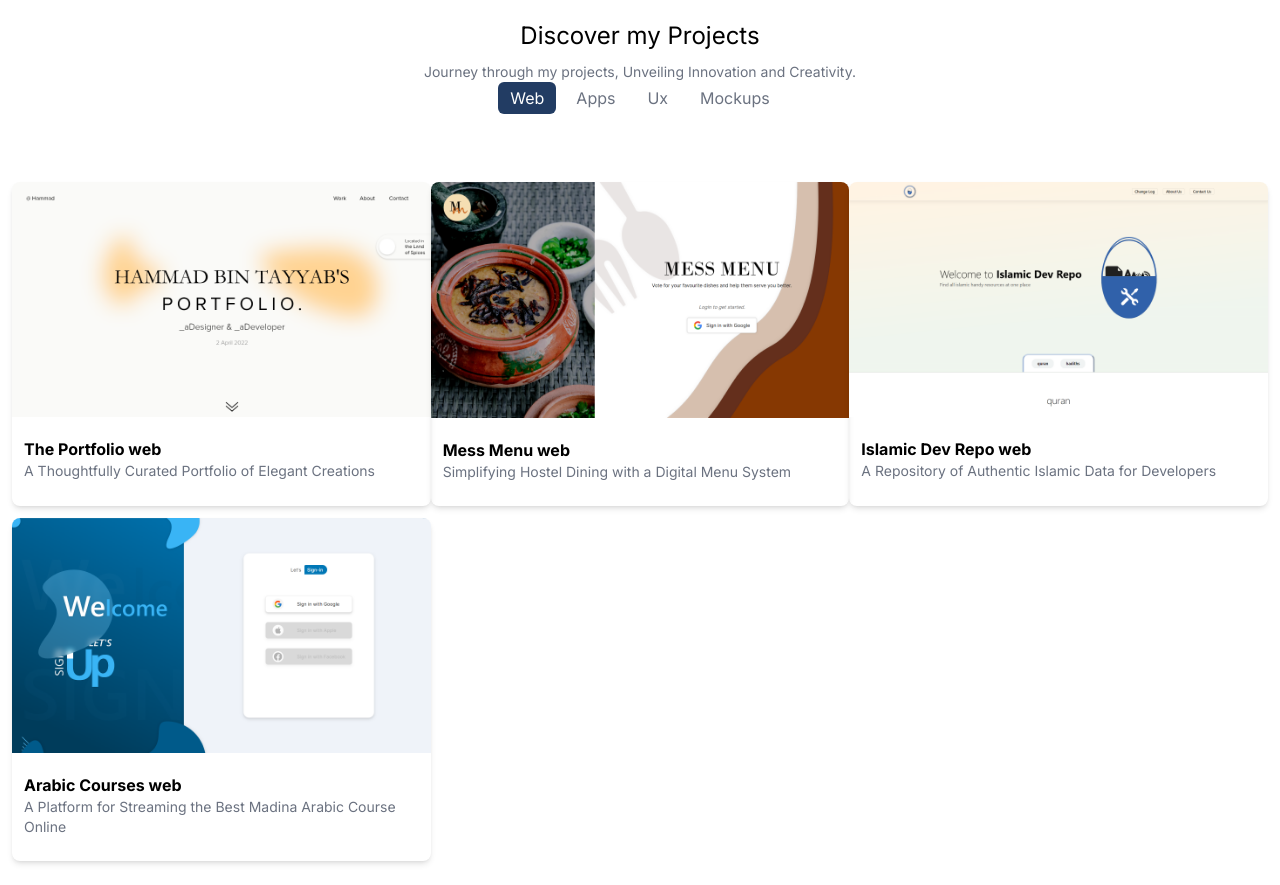
Repository: SpicierEwe/my_portfolio_v2
Page: /
The author's editor kept a copy of each file at every save. The page is drawn from the files as they stood at one save, then again after the next save.
The browser window is 1280 px wide. The pictures show the whole page.
The project was rebuilt for these pictures with package versions that can differ from the ones it lists, and the page was loaded fresh each time. The framework's server and built-in components were replaced by stand-ins that run in the browser. Also part of the build but not shown: next.config.js, core/utils/customIcons.js, core/utils/utils.tsx, core/db/sub_db_data/ux_db.js.

Above is the page before, as saved 2024-04-22 11:16:13.

### app/page.tsx
import DevicePreview from "@/Components/Device_preview/device_preview";
import HeroSection from "@/Components/Hero_section/hero_section";
import WorkSection from "@/Components/Work_section/work_section";
import Image from "next/image";

export default function Home() {
  return (
    <main>
      {/* <div className="absolute z-30 overflow-hidden bottom-0 ">
        <DevicePreview  />
      </div> */}
      {/* <div className="overflow-hidden">
        <HeroSection />
      </div> */}

      <WorkSection />
    </main>
  );
}

### app/globals.css
@layer base {

  @font-face {
    font-family: 'Garamond';
    src: url('../public/fonts/EBGaramond-VariableFont_wght.ttf');

  }

  @font-face {
    font-family: 'Proxima Nova';
    src: url('../public/fonts/MarkSimonsonProximaNovaRegular.otf');
    font-weight: normal;
    font-style: normal;
  }


  @font-face {
    font-family: "Rage";
    src: url("../public/fonts/rage.ttf");
  }
}

@tailwind base;
@tailwind components;
@tailwind utilities;

:root {
  --foreground-rgb: 0, 0, 0;
  --background-start-rgb: 214, 219, 220;
  --background-end-rgb: 255, 255, 255;

}

@media (prefers-color-scheme: dark) {
  :root {
    --foreground-rgb: 255, 255, 255;
    --background-start-rgb: 0, 0, 0;
    --background-end-rgb: 0, 0, 0;
  }
}

body {

  /* background: #F5F5F5; */
}

### Components/Work_section/work_section.tsx
"use client";

import { db } from "../../core/db/db";
import Image from "next/image";
import Link from "next/link";
import { useState } from "react";

export default function WorkSection() {
  const navItems: string[] = Object.keys(db.portfolioItems);
  const [selectedNavItemIndex, setSelectedNavItemIndex] = useState<number>(0);
  return (
    <section className="">
      {/* header */}
      <header className="flex flex-col items-center pt-5">
        <h2 className="text-center text-2xl">Discover my Projects</h2>
        <p className="text-center text-sm mt-2.5 text-gray-500">
          Journey through my projects, Unveiling Innovation and Creativity.
        </p>
      </header>
      {/* nav */}
      <nav>
        <ul className="flex justify-center mt-6 gap-2 flex-wrap">
          {navItems.map((item, index) => {
            const isSelected: Boolean = selectedNavItemIndex == index;
            return (
              <li
                className={`${
                  isSelected ? "bg-brand-color" : ""
                } px-3 py-1 rounded-md cursor-pointer`}
                onClick={() => setSelectedNavItemIndex(index)}
                key={index}
              >
                <Link
                  href="#"
                  className={`${
                    isSelected ? "text-white" : "text-gray-500"
                  } capitalize`}
                >
                  {item}
                </Link>
              </li>
            );
          })}
        </ul>
      </nav>

      <main>
        {/* projects */}
        <div className="grid grid-cols-1 md:grid-cols-2 lg:grid-cols-3 gap-4 mt-14 px-3 py-3">
          {(db.portfolioItems as any)[navItems[selectedNavItemIndex]].map(
            (item: any, index: number) => {
              const selectedNavItemName: string =
                navItems[selectedNavItemIndex];
              const projectName: string = item["projectName"];
              const imageLink: string = item["imageLink"];
              const tagLine = item["projectTagLine"];
              return (
                <div
                  key={index}
                  className="shadow-md rounded-lg overflow-hidden mb-3"
                >
                  {
                    <Image
                      className=""
                      src={imageLink}
                      alt={projectName}
                      height={200}
                      width={200}
                      layout="responsive"
                    ></Image>
                  }
                  <div className="ml-3 mb-6 mt-5">
                    <p className=" font-bold">
                      {projectName} {selectedNavItemName}
                    </p>
                    <p className="text-gray-500 text-sm">{tagLine}</p>
                  </div>
                </div>
              );
            }
          )}
        </div>
      </main>
    </section>
  );
}

### core/db/db.js
import { websitesDb } from "./sub_db_data/websites_db";
import { appsDb } from "./sub_db_data/apps_db";
import { uxDb } from "./sub_db_data/ux_db";
import { mockupsDb } from "./sub_db_data/mockups_db";

export const db = {
  portfolioItems: {
    web: websitesDb,
    apps: appsDb,
    ux: uxDb,
    mockups: mockupsDb,
  },
};

### core/db/sub_db_data/websites_db.js
import { embedCustomLinks } from "../../utils/utils";

export const websitesDb = [
  {
    projectName: "The Portfolio",
    projectId: "e2f9658b-f9bb-4d2c-ac8c-113a56d9204f",
    projectTagLine: "A Thoughtfully Curated Portfolio of Elegant Creations",
    link: "https://hammadtayyab.vercel.app/",
    imageLink: "/images/websites/my_portfolio.png",
    info: "This portfolio project showcases a minimalist design, highlighting my work and skills with clarity and finesse. The aim was to provide a seamless user experience and intuitive navigation, creating a comprehensive and sophisticated display of my professional journey.",
    roles: [
      "Data Analyst",
      "Designer",
      "Developer",
      "Maintainer",
      "Product Manager",
      "Tester/Quality Assurance",
      "Researcher",
      "DevOps Engineer",
      "Technical Writer",
      "Project Manager",
    ],
    techStack: [
      "NextJs",
      "React",
      "TypeScript",
      "TailwindCSS",
      "HTML",
      "CSS",
      "JavaScript",
      "Git",
      "Vercel",
    ],
  },
  {
    projectId: "566ec8d6-4d5d-4f22-9580-2c574f7122fb",
    projectName: "Mess Menu",
    projectTagLine: "Simplifying Hostel Dining with a Digital Menu System",
    link: "https://messmenu.vercel.app/",
    imageLink: "/images/websites/mess_menu.png",
    info: "This project streamlines the process of hostel dining by offering a digital menu system for students. Monthly menus are curated through community voting, allowing students to have a say in their dining options. Originating from a friend's final year project, the focus was on user-centric design and functionality, ensuring a seamless experience for all users.",
    roles: [
      "Data Analyst",
      "Designer",
      "Developer",
      "Maintainer",
      "Product Manager",
      "Tester/Quality Assurance",
      "Researcher",
      "DevOps Engineer",
      "Technical Writer",
      "Project Manager",
    ],
    techStack: [
      "NextJs",
      "React",
      "HTML",
      "CSS",
      "JavaScript",
      "Git",
      "Vercel",
      "Firebase",
      "Firebase Auth",
    ],
  },
  {
    projectId: "e3a52953-0a4d-43c3-b874-bd55925f6a7e",
    projectName: "Islamic Dev Repo",
    projectTagLine: "A Repository of Authentic Islamic Data for Developers",
    link: "https://islamic-dev-repo.vercel.app/",
    imageLink: "/images/websites/islamic_dev_repo.png",
    info: "This project offers developers a curated repository of reliable Islamic data that can be seamlessly integrated into various applications. With a focus on authenticity and compatibility across multiple devices, this repository provides a trustworthy source of information for developers working on Islamic-related projects.",
    roles: [
      "Data Analyst",
      "Designer",
      "Developer",
      "Maintainer",
      "Product Manager",
      "Tester/Quality Assurance",
      "Researcher",
      "DevOps Engineer",
      "Technical Writer",
      "Project Manager",
    ],
    techStack: [
      "NextJs",
      "React",
      "HTML",
      "CSS",
      "JavaScript",
      "Git",
      "Vercel",
      "Python",
    ],
  },
  {
    projectId: "87693335-b9d6-434c-8428-5d8266482050",
    projectName: "Arabic Courses",
    projectTagLine:
      "A Platform for Streaming the Best Madina Arabic Course Online",
    link: "https://arabiccourses.vercel.app/",
    imageLink: "/images/websites/arabic_courses.png",
    info: `The goal of this project was to establish an online platform for the popular Madina Arabic course, allowing users to stream videos from the cloud and track their progress. Initially, the videos were only available for download, but this platform offers a more convenient streaming experience. You can learn more about the course at ${embedCustomLinks(
      {
        link: "https://abdurrahman.org/arabic-learning/dvds/",
        title: "AbdurRahman.Org",
      }
    )}. Arabic Courses enhances accessibility and convenience for users, making the learning process smoother and more enjoyable.`,
    roles: [
      "Data Analyst",
      "Designer",
      "Developer",
      "Maintainer",
      "Product Manager",
      "Tester/Quality Assurance",
      "Researcher",
      "DevOps Engineer",
      "Technical Writer",
      "Project Manager",
    ],
    techStack: [
      "NextJs",
      "React",
      "HTML",
      "CSS",
      "JavaScript",
      "Git",
      "Vercel",
      "Firebase",
      "Firebase Auth",
    ],
  },
];

### core/db/sub_db_data/apps_db.js
import { embedCustomLinks } from "../../utils/utils";

export const appsDb = [
  {
    projectId: "38384ae3-5586-40be-b025-c9c3ad1094ef",
    projectName: "al Qur'an",
    projectTagLine: "All about the Qur'an in one app.",

    link: "https://play.google.com/store/apps/details?id=com.spicierewe.al_quran",

    imageLink: "/images/apps/al_quran.png",

    info: `The "al Qur'an" app offers a comprehensive experience of the Qur'an for users around the world. It includes a wide range of translations in various languages, tafseer (exegesis), access to over 49 reciters and translators, and much more. All data is sourced from the reliable platform ${embedCustomLinks(
      { link: "https://quran.com", title: "quran.com" }
    )}.`,

    roles: [
      "Data Analyst",
      "Designer",
      "Developer",
      "Maintainer",
      "Product Manager",
      "Tester/Quality Assurance",
      "Researcher",
      "DevOps Engineer",
      "Technical Writer",
      "Project Manager",
    ],

    techStack: ["Flutter", "Dart", "Git", "Adobe XD"],

    platforms: ["Android"],
  },
  {
    projectId: "1eeb435f-acbd-41e8-b826-440959bb6a57",
    projectName: "Riddle Me",
    projectTagLine: "Riddle Me: Unraveling Minds, One Clue at a Time!",

    link: "https://play.google.com/store/apps/details?id=com.spicierewe.RiddleMe",

    imageLink: "/images/apps/riddle_me.png",

    info: "Riddle Me is an engaging and challenging game designed to test your intelligence and problem-solving skills. This game stimulates creative thinking and encourages you to approach problems from different perspectives.",

    roles: [
      "Data Analyst",
      "Designer",
      "Developer",
      "Maintainer",
      "Product Manager",
      "Tester/Quality Assurance",
      "Researcher",
      "DevOps Engineer",
      "Technical Writer",
      "Project Manager",
    ],

    techStack: ["Flutter", "Dart", "Git", "Adobe XD"],

    platforms: ["Android"],
  },
  {
    projectId: "2ae7005c-16e2-4fe5-b7b0-20f5f826321e",
    projectName: "Food Deals",
    projectTagLine: "Find the best food deals at your fingertips.",

    link: "https://play.google.com/store/apps/details?id=com.spicierewe.food_deals",

    imageLink: "/images/apps/food_deals.png",

    info: "Food Deals is an app that helps users discover the best offers and discounts on their favorite food delivery services. Save money and enjoy your favorite meals by comparing prices across different platforms.",

    roles: [
      "Data Analyst",
      "Designer",
      "Developer",
      "Maintainer",
      "Product Manager",
      "Tester/Quality Assurance",
      "Researcher",
      "DevOps Engineer",
      "Technical Writer",
      "Project Manager",
    ],

    techStack: ["Flutter", "Dart", "Git", "Adobe XD"],

    platforms: ["Android"],
  },
  {
    projectId: "627de94f-59b4-4f85-bcf4-df6fbf22714e",
    projectName: "Hadith Collection",
    projectTagLine: "Access authentic hadiths of the Prophet Muhammad (pbuh).",

    link: "https://play.google.com/store/apps/details?id=com.spicierewe.ahadith_collection",

    imageLink: "/images/apps/ahadith_collection.png",

    info: `The "Hadith Collection" app provides a comprehensive and authentic collection of hadiths of the Prophet Muhammad (pbuh). It includes data from various reputable sources such as ${embedCustomLinks(
      { link: "https://sunnah.com", title: "sunnah.com" }
    )} for Arabic and English, and ${embedCustomLinks({
      link: "https://github.com/pakjiddat/islam-companion-web-api",
      title: "islam-companion-web-api",
    })} for Urdu data.`,

    roles: [
      "Data Analyst",
      "Designer",
      "Developer",
      "Maintainer",
      "Product Manager",
      "Tester/Quality Assurance",
      "Researcher",
      "DevOps Engineer",
      "Technical Writer",
      "Project Manager",
    ],

    techStack: ["Flutter", "Dart", "Git", "Adobe XD"],

    platforms: ["Android"],
  },
  {
    projectId: "7468bdef-5b24-454e-ae99-dd0a558441d7",
    projectName: "Study Practice",
    projectTagLine: "Practice makes perfect.",

    link: "https://play.google.com/store/apps/details?id=com.spicierewe.study_practice",

    imageLink: "/images/apps/study_practice.png",

    info: "Study Practice is a study companion app designed to help students prepare for competitive exams such as NEET and JEE. The app offers past exam questions, mock tests, and real-time progress tracking along with official study material.",

    roles: [
      "Data Analyst",
      "Designer",
      "Developer",
      "Maintainer",
      "Product Manager",
      "Tester/Quality Assurance",
      "Researcher",
      "DevOps Engineer",
      "Technical Writer",
      "Project Manager",
    ],

    techStack: ["Flutter", "Dart", "Git", "Adobe XD"],

    platforms: ["Android"],
  },
];

### core/db/sub_db_data/mockups_db.js
export const mockupsDb = [
  {
    phone_mockup_links: [],
    other_mockup_links: [
      "/images/mockups/eat_healthy_mockup.svg",
      "/images/mockups/bot_mockup_theme_light.svg",
      "/images/mockups/bot_mockup_theme_dark.svg",
      "/images/mockups/the_perfume_lab_price_list.png",
      "/images/mockups/noraty_business_hero_section.svg",
      "/images/mockups/gr_showcase.png",
      "/images/mockups/just_moved_showcase.png",
      "/images/mockups/archer_product_design.png",
      "/images/mockups/the_connection_poster.png",
      "/images/mockups/social_flow_flyer.png",
      "/images/mockups/LVD_roll_up_banner.png",
      "/images/mockups/ATS_flyer.png",
    ],
  },
];

### tailwind.config.js
const { reverse } = require("dns");
const defaultTheme = require("tailwindcss/defaultTheme");

/** @type {import('tailwindcss').Config} */
module.exports = {
  content: [
    "./pages/**/*.{js,ts,jsx,tsx,mdx}",
    "./components/**/*.{js,ts,jsx,tsx,mdx}",
    "./app/**/*.{js,ts,jsx,tsx,mdx}",
    "./core/**/*.{js,ts,jsx,tsx,mdx}",
  ],
  theme: {
    extend: {
      screens: { xs: { max: "640px" } },

      maxWidth: {
        "120rem": "120rem",
      },

      backgroundImage: {
        "gradient-radial": "radial-gradient(var(--tw-gradient-stops))",
        "gradient-conic":
          "conic-gradient(from 180deg at 50% 50%, var(--tw-gradient-stops))",
      },

      colors: {
        "brand-color": "#223c63",
        "primary-color": "#ffffff",
        "secondary-color": "#00A699",
        "accent-color": "#779ace",
      },

      keyframes: {
        wiggle: {
          "0%, 100%": { transform: "rotate(-3deg)" },
          "50%": { transform: "rotate(3deg)" },
        },

        levitate: {
          "0%": { transform: "translateY(50px)" },
          "50%": { transform: "translateY(-30px)  scale(1.1)" },
          "100%": { transform: "translateY(50px)" },
        },
        levitate_reverse: {
          "0%": { transform: "translateY(-90px)" },
          "50%": { transform: "translateY(30px)  scale(1.1)" },
          "100%": { transform: "translateY(-90px)" },
        },
      },

      animation: {
        "spin-slow": "spin 3s linear infinite",
        wiggle: "wiggle 1s ease-in-out infinite",
        levitate: "levitate 5s ease-in-out infinite",
        levitate_reverse: "levitate_reverse 5s ease-in-out infinite reverse",
      },

      fontFamily: {
        garmond: ["Garmond", ...defaultTheme.fontFamily.serif],
        custom_sans: ["Proxima Nova", ...defaultTheme.fontFamily.sans],
      },

      height: {
        dvh: "100dvh",
      },
    },
  },

  variants: {
    backgroundColor: ["responsive", "hover", "focus", "active"],
  },

  plugins: [],
};

Loaded but not shown: app/layout.tsx (common file)

After the next save:
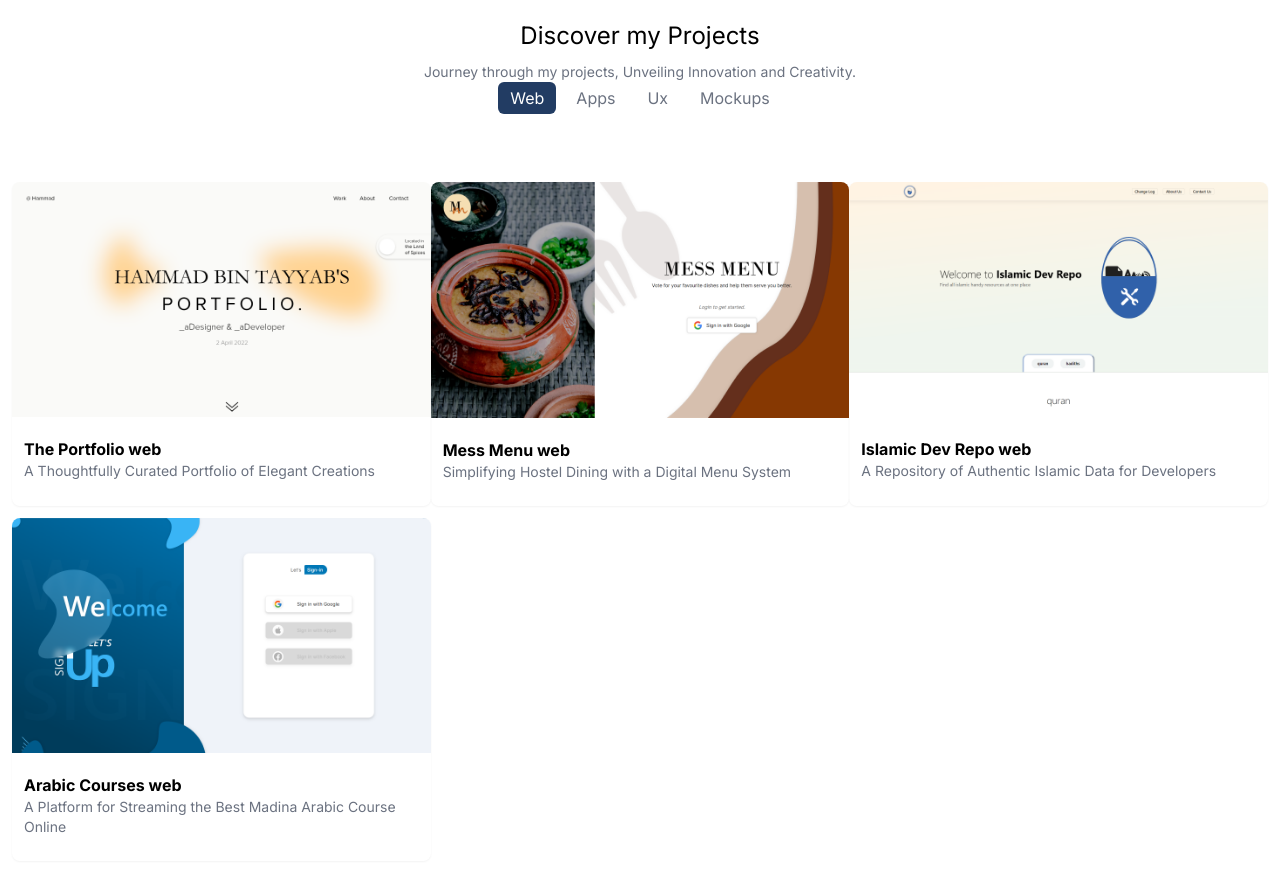
Saved 39 s later.
--- a/Components/Work_section/work_section.tsx
+++ b/Components/Work_section/work_section.tsx
@@ -57,7 +57,7 @@ export default function WorkSection() {
               return (
                 <div
                   key={index}
-                  className="shadow-md rounded-lg overflow-hidden mb-3"
+                  className="shadow-sm rounded-lg overflow-hidden mb-3"
                 >
                   {
                     <Image
